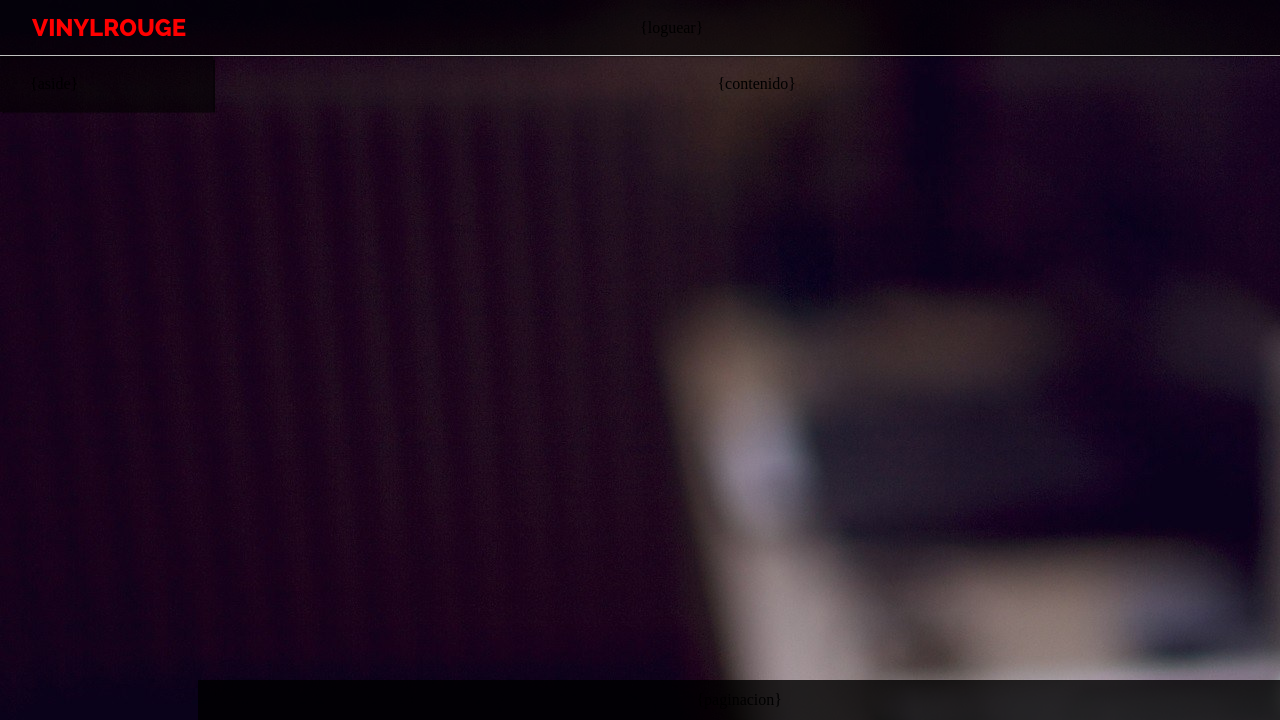
Repository: Miguelfdez79/discos
Page: workspace/template/html/index.html
The author's editor kept a record of every edit. The page is drawn from the files as they stood at one moment, then again after the next edit.
The browser window is 1280 px wide. The pictures show the whole page.
Some web libraries are served in a nearby version.

Above is the page before.

### workspace/template/html/index.html
<DOCTYPE html>
<html lang="es">
<head>
    <meta charset="UTF-8" />
    <title>VinylRouge</title>
    <link rel="stylesheet" href="/template/css/style.css"/>
    <link rel="stylesheet" href="/template/css/reset.css"/>

    <script src="//code.jquery.com/jquery-1.11.2.min.js"></script>
    <script src="/template/js/javascript.js" defer></script>
    <script src="/template/js/jquery.js" defer></script>
    <script src="/template/js/background_changer.js" defer></script>
</head>

<body>
    <div class="container">
        <div class="menu_logueo">
            <div class="left">
                 <a href="/index.php"><h1 id="nombreempresa">VINYL<span id="spanlogo">ROUGE</span></h1></a>
            </div>
             <div class="right">
                 {loguear}
             </div>
        </div>
        <div class="contenedor-datos">
            <div class="menu_aside">
                <div class="container_aside">
                    {aside}
                </div>
            </div>

            <div class="row">

                <div class="contenido">
                    {contenido}
                </div>

                <div class="menu_pie">
                    {paginacion}
                </div>
            </div>
        </div>
    </div>
</body>
<html>

### workspace/template/css/style.css
html{
    width: 100%;
    height: 100%;
}

body{
    width: 100%;
    height: 100%;
    min-width: 320px;
    background-image: url("../img/appbackground.jpg");
    background-repeat: no-repeat;
    background-position: center center;
    background-size: cover;
}

.container{
    width: 100%;
    height: auto;
    min-width: 320px;

    display: flex;
    flex-direction: column;
    justify-content: flex-start;
}

.contenedor-datos{
    width: 100%;
    height: auto;
    min-width: 320px;
    display: flex;
    flex-direction: row;
    justify-content: flex-start;
}


a{
    text-decoration: none;
    color: black;
}

li{
    text-decoration: none;
}


.menu_aside{
    display: flex;
    background-color:rgba(0, 0, 0, 0.6);
    box-shadow: 1.5px 1px 1px 0px rgba(0,0,0,0.75);
    flex: 0 1 20%;
    flex-direction: column;
}

logoname{

}

.row{
    width: 100%;
    display: flex;
    flex-direction: column;
}

.contenido{
    display: flex;
    margin-top: 20px;
    margin-left: 20px;
    height: auto;
    justify-content: space-around;
    align-items: flex-start;
    flex-wrap: wrap;
    height:100%;
}

.container_form{
    text-align: center;
    width: 45%;
    padding: 15px;
    background-color: rgba(0, 0, 0, 0.6);
    border: 1px solid rgba(255, 255, 255, 0.4);
    border-radius: 3px;
}

.menu_pie{
    display: flex;
    height: 10%;
    justify-content: center;
    align-items: center;
    position:fixed;
   right:0px;
   bottom:0px;
   height:40px;
   width:84.5%;
   background-color: rgba(0, 0, 0, 0.8);
}



.container_aside{
    margin: 20px 30px 20px 30px;
}

.aside_usuario{
    margin: 10px 0px 20px;
}

.aside_usuario li{
    padding: 10px 0px;
}

.aside_usuario a{
    font-family: 'Satellite';
    color: white;
    font-size: 1.4em;
}

.aside_disco{
    margin: 20px 0px;
}

.aside_disco_links li{
    padding: 10px 0px;
}

.aside_disco_links a{
    font-family: 'Satellite';
    color: white;
    font-size: 1.2em;
    -webkit-transition: all 0.4s ease;
     transition: all 0.4s ease;
}

.aside_disco_links a:hover{
    color: red;
    -webkit-transition: all 0.4s ease;
     transition: all 0.4s ease;
}

.menu_logueo{
    height: 55px;
    align-items:center;
    justify-content: flex-end;
    display: flex;
    background-color: rgba(0, 0, 0, 0.6);
    box-shadow: 1.5px 1px 1px 0px rgba(0,0,0,0.75);
    flex-direction: row;
    border-bottom: 1px solid silver;
}

.aside_logo{
    margin: 0px 0px 20px 0px;
}

.aside_cerrarsesion a{
    font-family: 'Satellite';
    color: white;
    font-size: 1.4em;
}


.left{
    justify-content:center;
    width: 50%;
    align-items: flex-start;
}

.right{
    justify-content:center;
    width: 50%;
     align-items: flex-end;
}

.left a{
   font-family: Raleway5;
    color: red;
    font-size: 1.5em;
}


.right ul{
    float: right;
    margin-right: 5%;
}

.right a{
   font-family: Raleway2;
    color: #fff;
    font-size: 1.2em;
    -webkit-transition: all 0.4s ease;
     transition: all 0.4s ease;
}

.right a:hover{
    font-family: Raleway;
    color: red;
    font-size: 1.2em;
    -webkit-transition: all 0.8s ease;
    transition: all 0.8s ease;
}

#nombreempresa{
    margin-left: 5%;
}

hr{
    color: silver !important;
    background-color: silver !important;
    height: 1px !important;
}

.aside_disco_buscador{
    margin: 20px 0px;
}

.buscar{
    padding: 5px;
    width: 100%;
    height: 28px;
    border-radius: 2px;
    background-color: transparent;
    color: red;
    border: 1px solid silver;
}

.buscar_submit{
    width: 100%;
    height: 28px;
    font-family: 'Satellite', sans-seri;
    font-size: 1.1em;
    margin: 8px 0px;
    border: none;
    color: red;
    border:1px solid #151617;

    text-shadow: -1px -1px 0 rgba(0,0,0,0.3);
    background-color: #45484d; background-image: -webkit-gradient(linear, left top, left bottom, from(#45484d), to(#000000));
    background-image: -webkit-linear-gradient(top, #45484d, #000000);
    background-image: -moz-linear-gradient(top, #45484d, #000000);
    background-image: -ms-linear-gradient(top, #45484d, #000000);
    background-image: -o-linear-gradient(top, #45484d, #000000);
    background-image: linear-gradient(to bottom, #45484d, #000000);filter:progid:DXImageTransform.Microsoft.gradient(GradientType=0,startColorstr=#45484d, endColorstr=#000000);
    margin-bottom: 10px;
}

.buscar_submit:hover{
     border:1px solid #682720; -webkit-border-radius: 3px; -moz-border-radius: 3px;
     background-color: #2d2f32; background-image: -webkit-gradient(linear, left top, left bottom, from(#2d2f32), to(#1a1a1a));
     background-image: -webkit-linear-gradient(top, #2d2f32, #1a1a1a);
     background-image: -moz-linear-gradient(top, #2d2f32, #1a1a1a);
     background-image: -ms-linear-gradient(top, #2d2f32, #1a1a1a);
     background-image: -o-linear-gradient(top, #2d2f32, #1a1a1a);
     background-image: linear-gradient(to bottom, #2d2f32, #1a1a1a);filter:progid:DXImageTransform.Microsoft.gradient(GradientType=0,startColorstr=#2d2f32, endColorstr=#1a1a1a);
     margin-bottom: 10px;
}

.log_input{
    width: 90%;
    height: 40px;
    margin: 4px 10px;
    padding: 8px;
    border: none;
    border: 2px solid #000000;
    border-radius: 2px;
    background-color: rgba(255,255,255,0.3);
    color: white;
    font-family: Raleway3;
    font-size: 1.3em;
}

input::-webkit-input-placeholder {
    font-family: Raleway;
    font-size: 1.2em;
    padding-left: 8px;
    color: white;
}

input:-webkit-autofill,
input:-webkit-autofill:hover,
input:-webkit-autofill:focus,
input:-webkit-autofill:active {
    transition: background-color 5000s ease-in-out 0s;
}



.log_submit{
    width: 90%;
    height: 45px;
    font-family: 'Satellite', sans-seri;
    font-size: 1.1em;
    margin: 8px 0px;
    border: none;
    color: red;
    border:1px solid #151617;
    text-shadow: -1px -1px 0 rgba(0,0,0,0.3);
    background-color: #45484d; background-image: -webkit-gradient(linear, left top, left bottom, from(#45484d), to(#000000));
    background-image: -webkit-linear-gradient(top, #45484d, #000000);
    background-image: -moz-linear-gradient(top, #45484d, #000000);
    background-image: -ms-linear-gradient(top, #45484d, #000000);
    background-image: -o-linear-gradient(top, #45484d, #000000);
    background-image: linear-gradient(to bottom, #45484d, #000000);filter:progid:DXImageTransform.Microsoft.gradient(GradientType=0,startColorstr=#45484d, endColorstr=#000000);
    cursor: pointer;
}

.log_submit:hover{
    border:1px solid #682720; -webkit-border-radius: 3px; -moz-border-radius: 3px;
     background-color: #2d2f32; background-image: -webkit-gradient(linear, left top, left bottom, from(#2d2f32), to(#1a1a1a));
     background-image: -webkit-linear-gradient(top, #2d2f32, #1a1a1a);
     background-image: -moz-linear-gradient(top, #2d2f32, #1a1a1a);
     background-image: -ms-linear-gradient(top, #2d2f32, #1a1a1a);
     background-image: -o-linear-gradient(top, #2d2f32, #1a1a1a);
     background-image: linear-gradient(to bottom, #2d2f32, #1a1a1a);filter:progid:DXImageTransform.Microsoft.gradient(GradientType=0,startColorstr=#2d2f32, endColorstr=#1a1a1a);
    cursor: pointer;
}


.add_submit{
    width: 90%;
    height: 45px;
    font-family: 'Satellite', sans-seri;
    font-size: 1.1em;
    margin: 8px 0px;
    border: none;
    color: red;
    border:1px solid #151617;
    text-shadow: -1px -1px 0 rgba(0,0,0,0.3);
    background-color: #45484d; background-image: -webkit-gradient(linear, left top, left bottom, from(#45484d), to(#000000));
    background-image: -webkit-linear-gradient(top, #45484d, #000000);
    background-image: -moz-linear-gradient(top, #45484d, #000000);
    background-image: -ms-linear-gradient(top, #45484d, #000000);
    background-image: -o-linear-gradient(top, #45484d, #000000);
    background-image: linear-gradient(to bottom, #45484d, #000000);filter:progid:DXImageTransform.Microsoft.gradient(GradientType=0,startColorstr=#45484d, endColorstr=#000000);
    cursor: pointer;
}

.add_submit:hover{
    border:1px solid #682720; -webkit-border-radius: 3px; -moz-border-radius: 3px;
     background-color: #2d2f32; background-image: -webkit-gradient(linear, left top, left bottom, from(#2d2f32), to(#1a1a1a));
     background-image: -webkit-linear-gradient(top, #2d2f32, #1a1a1a);
     background-image: -moz-linear-gradient(top, #2d2f32, #1a1a1a);
     background-image: -ms-linear-gradient(top, #2d2f32, #1a1a1a);
     background-image: -o-linear-gradient(top, #2d2f32, #1a1a1a);
     background-image: linear-gradient(to bottom, #2d2f32, #1a1a1a);filter:progid:DXImageTransform.Microsoft.gradient(GradientType=0,startColorstr=#2d2f32, endColorstr=#1a1a1a);
    cursor: pointer;
}

h1.titulo_form{
    font-family: Satellite;
    text-shadow: 2px 2px 0 rgba(0,0,0,0.6);
    font-size: 3em;
    text-align: center;
    margin-top: 20px;
    margin-bottom: 30px;
    color: #f1f1f1;
}

/******** FIN FORMULARIO LOGIN ********/

.tablaUsuarios{
    border-collapse: collapse;
    width: 70%;
    background-color: rgba(0, 0, 0, 0.5);
}

.tablaUsuarios table{
    border: 1px solid #A4A4A4;
}

th, td{
    border: 1px solid #A4A4A4;
    padding: 4px 20px;
    text-align: center;
    color: #FAFAFA;
}

th{
    font-weight: bold !important;
    background-color: rgba(255, 255, 255, 0.5);
    font-family:  Raleway3 !important;
}

th p{
    font-family:  Raleway3 !important;
    font-size: 1.5em;
    color: #FAFAFA;
}

td p{
    font-family: 'Satellite';
    font-size: 1.4em;
    color: #FAFAFA;
}

td a{
    font-family: 'Satellite';
    font-size: 1.4em;
    color: #FAFAFA;
    font-style: oblique !important;
}

.elimUsuario{
    font-family: Raleway2;
    font-size: 1.3em;
    color: red;
    text-decoration: none;
    -webkit-transition: all 0.4s ease;
     transition: all 0.4s ease;
}

.elimUsuario:hover{
    font-family: Raleway2;
    font-size: 1.3em;
    color: red;
    text-decoration: underline;
    -webkit-transition: all 0.4s ease;
     transition: all 0.4s ease;
}

.separadormenu{
    background-color: 	#333333 !important;
    color: 	#333333 !important;
    margin-top: 8px;
    margin-bottom: 8px;
}

.estructura-disco{
    width: 130px;
    margin: 20px 10px;
    background-color: rgba(0, 0, 0, 0.5);
    box-shadow: 2px 2px 2px 0px rgba(0,0,0,0.75);
    padding: 15px;
    display: flex;
    justify-content: center;
    align-items: center;
    flex-direction: column;
    -webkit-transition: all 0.4s ease;
    transition: all 0.4s ease;

}

.estructura-disco:hover{
   transform: scale(1.6);
    background-color: rgba(0, 0, 0, 0.8);
   -webkit-transition: all 0.4s ease;
      transition: all 0.4s ease;

}

.cont-img{
    width: 135px;
}

.cont-img img{
    width: 100%;
    object-fit: contain;
    margin: 0 auto;
}

.cont-img img{
    width: 100%;
    overflow: hidden;
    object-fit: contain;
    box-shadow: 3px 3px 3px 0px rgba(0,0,0,0.75);
}

.cont-disco{
    margin: 10px 0px 0px 0px;
}

.cont-disco h1{
    font-family: Raleway2;
    font-size: 1.2em;
    color: red;
    text-align: center;
}

.cont-disco h3{
    font-family: 'Satellite';
    font-size: 1.2em;
    color: white;
    font-style: oblique;
    text-align: center;
    font-weight: normal;
    margin: 5px 5px 5px 0px ;
}

.menu-disco{
    width: 100%;
    bottom: 0;
}

.menu-disco ul{
    display: flex;
    flex-direction: row;
    justify-content: space-around;
}

.menu-disco ul li a{
    font-family: Raleway2;
    font-size: 0.8em;
    color: #A4A4A4;
}


.content-disco{
    width: 70%;
    height: 50%;
    display: flex;
    justify-content: space-between;
}

.content-album{
    width: 50%;

}
.content-album img{
    box-shadow: 3px 3px 3px 0px rgba(0,0,0,0.75);
}
.content-album img{
    height: 100%;
    object-fit: contain;
}

.content-album img{
    object-fit: contain;
}

.content-descripcion{
    width: 50%;
    display: flex;
    flex-direction: column;
    align-items: center;
    justify-content: center;
    font-family: Raleway2;
}

.content-descripcion h1{
    font-size: 5em;
    padding: 20px 0px;
    font-weight: bold;
    text-align: center;
    color: white;
}

.content-descripcion h3{
    font-size: 2.5em;
    padding: 20px 0px;
    font-weight: normal;
    text-align: center;
    color: #E6E6E6;
}

/********** FORMULARIO ADD/EDIT DISCOS ******/

.container_add, .container_edit{
    text-align: center;
    width: 45%;
    padding: 15px;
    background-color: rgba(0, 0, 0, 0.6);
    border: 1px solid rgba(255, 255, 255, 0.4);
    border-radius: 3px;
}

.cont-campos{
    margin: 20px 0px;
    display: flex;
    flex-direction: column;
    align-items: center;
}

.add_input{
    width: 90%;
    height: 40px;
    margin: 4px 10px;
    padding: 8px;
    border: none;
    border: 2px solid #000000;
    border-radius: 2px;
    background-color: rgba(255,255,255,0.3);
    color: white;
    font-family: Raleway3;
    font-size: 1.3em;
}

.cont-subir{
    margin: 0px;
    display: flex;
    flex-direction: column;
    align-items: center;
}

.container_caratula{
}

.file_input{
    text-align: center;
    width: 90%;
    height: 40px;
    margin: 4px 10px;
    padding: 8px;
    border: none;
    border-radius: 4px;
    background-color:silver;
    color: black;
    font-family: Raleway3;
    font-size: 1.3em;
    cursor: pointer;
}


/********************** PAGINACIÓN **************/

.pagin{
    width: 400px;
    display: flex;
    flex-direction: row;
    justify-content: space-between;
}


.navpag{
    font-size:25px;
    color: #fff;
    font-family: Raleway5;
     -webkit-transition: all 0.8s ease;
      transition: all 0.8s ease;
}

.navpag:hover{
    font-size:25px;
    color: red;
    font-family: Raleway5;
     -webkit-transition: all 0.8s ease;
      transition: all 0.8s ease;
}


.checkbus{
    font-size:16px;
    color: #fff;
    font-family: Satellite;
    margin: 10px
}

#radio01{
  font-size:15px;
    color: #fff;
    font-family: Raleway5;
}

#radio02{
    font-size:15px;
    color: #fff;
    font-family: Raleway5;
}

/* ------------------SECCION DE FONTFACE-----------------*/

@font-face {
    font-family: 'Raleway';
    src: url('../fuentes/Raleway-Medium.woff') format('woff');
    font-weight: normal;
    font-style: normal;
}

@font-face {
    font-family: 'Raleway2';
    src: url('../fuentes/Raleway-Light.woff') format('woff');
    font-weight: normal;
    font-style: normal;
}

@font-face {
    font-family: 'Raleway3';
    src: url('../fuentes/Raleway-SemiBold.woff') format('woff');
    font-weight: normal;
    font-style: normal;
}

@font-face {
    font-family: 'Raleway4';
    src: url('../fuentes/Raleway-ExtraLight.woff2') format('woff2');
    font-weight: normal;
    font-style: normal;
}

@font-face {
    font-family: 'Raleway5';
    src: url('../fuentes/Raleway-ExtraBold.woff') format('woff');
    font-weight: normal;
    font-style: normal;
}

@font-face {
    font-family: 'Magna';
    src: url('../fuentes/Magna-BlackCondensed.woff') format('woff');
    font-weight: normal;
    font-style: normal;
}

@font-face {
    font-family: 'Satellite';
    src: url('../fuentes/Satellite.woff') format('woff');
    font-weight: normal;
    font-style: normal;
}

@font-face {
    font-family: 'Voltaire';
    src: url('../fuentes/Voltaire.woff') format('woff');
    font-weight: normal;
    font-style: normal;
}

@font-face {
    font-family: 'latoregular';
    src: url('../fuentes/LatoLatin-Medium.woff') format('woff');
    font-weight: normal;
    font-style: normal;
}

@font-face {
    font-family: 'latolight';
    src: url('../fuentes/LatoLatin-Thin.woff') format('woff');
    font-weight: normal;
    font-style: normal;
}

@font-face {
    font-family: 'kilo';
    src: url('../fuentes/KiloGram.woff') format('woff');
    font-weight: normal;
    font-style: normal;
}

@font-face {
    font-family: 'Futura-Medium';
    src: url('../fuentes/FuturaPTMedium.otf') format('truetype');
    font-weight: bold;
    font-style: normal;
}

@font-face {
    font-family: 'Futura-Book';
    src: url('../fuentes/FuturaPTBook.otf') format('truetype');
    font-weight: normal;
    font-style: normal;
}

@font-face {
    font-family: 'Futura-Light';
    src: url('../fuentes/FuturaPTLight.otf') format('truetype');
    font-weight: normal;
    font-style: normal;
}

### workspace/template/css/reset.css
html, body, div, span, applet, object, iframe,
h1, h2, h3, h4, h5, h6, p, blockquote, pre, a, abbr, acronym, address, big,
cite, code, del, dfn, em, font, img, ins, kbd, q, s, samp, small, strike,
strong, sub, sup, tt, var, dl, dt, dd, ol, ul, li,
fieldset, form, label, legend, table, caption, tbody, tfoot, thead, tr, th, td,
center, u, b, i{vertical-align: baseline border: 0; outline: 0;
                font-weight: normal; font-style: normal; font-size: 100%; font-family: inherit;}
*               {margin: 0; padding: 0}
body            {line-height: 1; height:100%}
:focus          {outline: 0}
ol, ul          {list-style: none}
table           {border-collapse: collapse; border-spacing: 0;}
blockquote, q   {quotes: "" ""}
hr              {border: 0; color: #000; background-color: #000; height:1px}
blockquote:before, blockquote:after, q:before, q:after {content: ""}

### workspace/template/js/javascript.js
function ChangeText(oFileInput, sTargetID) {

    document.getElementById(sTargetID).value = oFileInput.value;
}

### workspace/template/js/jquery.js
/* global $ */

$(document).ready(function(){

    $(".elimDisco").click(function(){
        if(!confirm("¿Realmente quieres borrar el disco?")){
            event.preventDefault();
        } else {
        }
    });

    $(".elimUsuario").click(function(){
        if(!confirm("¿Realmente quieres borrar al usuario?")){
            event.preventDefault();
        } else {
        }
    });

});

### workspace/template/js/background_changer.js
$(function () {
    var body = $('body');
    var backgrounds = [
      'url(/template/img/appbackground.jpg)',
      'url(/template/img/appbackground.jpg)'];
    var current = 0;

    function nextBackground() {
        body.css(
            'background',
        backgrounds[current = ++current % backgrounds.length]);

        setTimeout(nextBackground, 5000);
    }
    setTimeout(nextBackground, 5000);
    body.css('background', backgrounds[0]);
});

After the next edit:
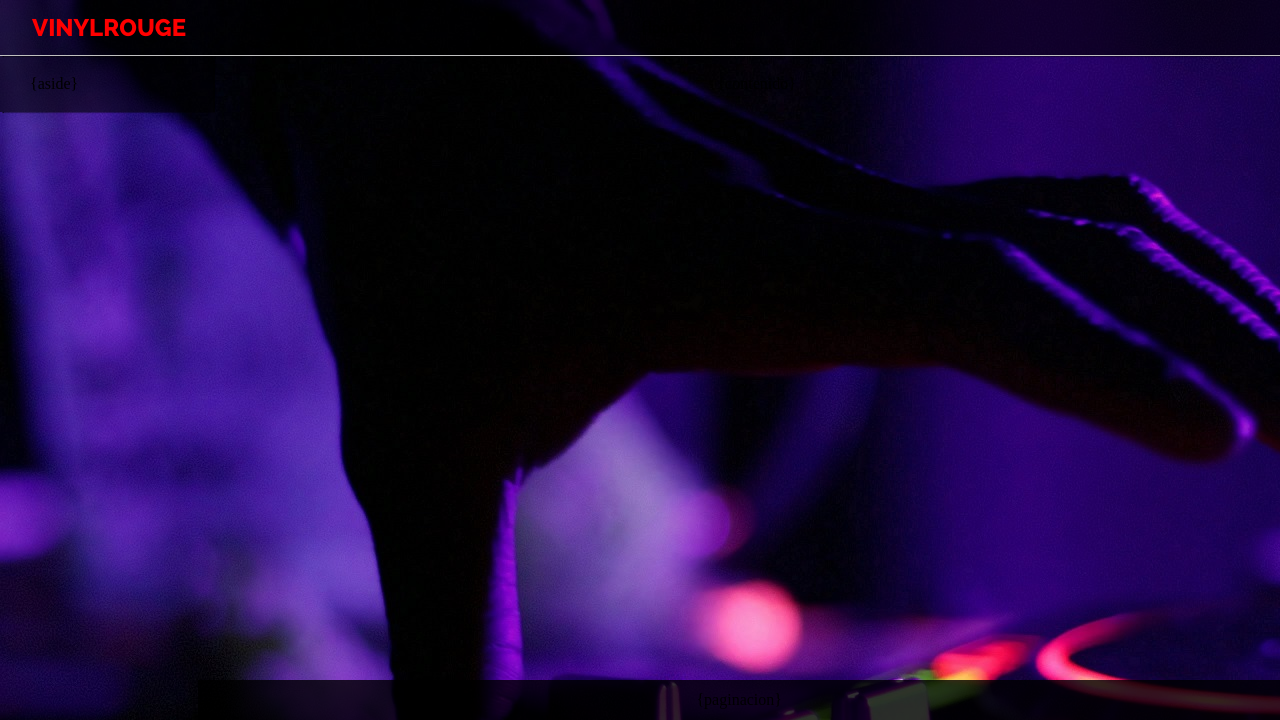
The edit:
--- a/workspace/template/js/background_changer.js
+++ b/workspace/template/js/background_changer.js
@@ -2,7 +2,7 @@
     var body = $('body');
     var backgrounds = [
       'url(/template/img/appbackground.jpg)',
-      'url(/template/img/appbackground.jpg)'];
+      'url(/template/img/appbackground2.jpg)'];
     var current = 0;
 
     function nextBackground() {

After the 2 edits that followed:
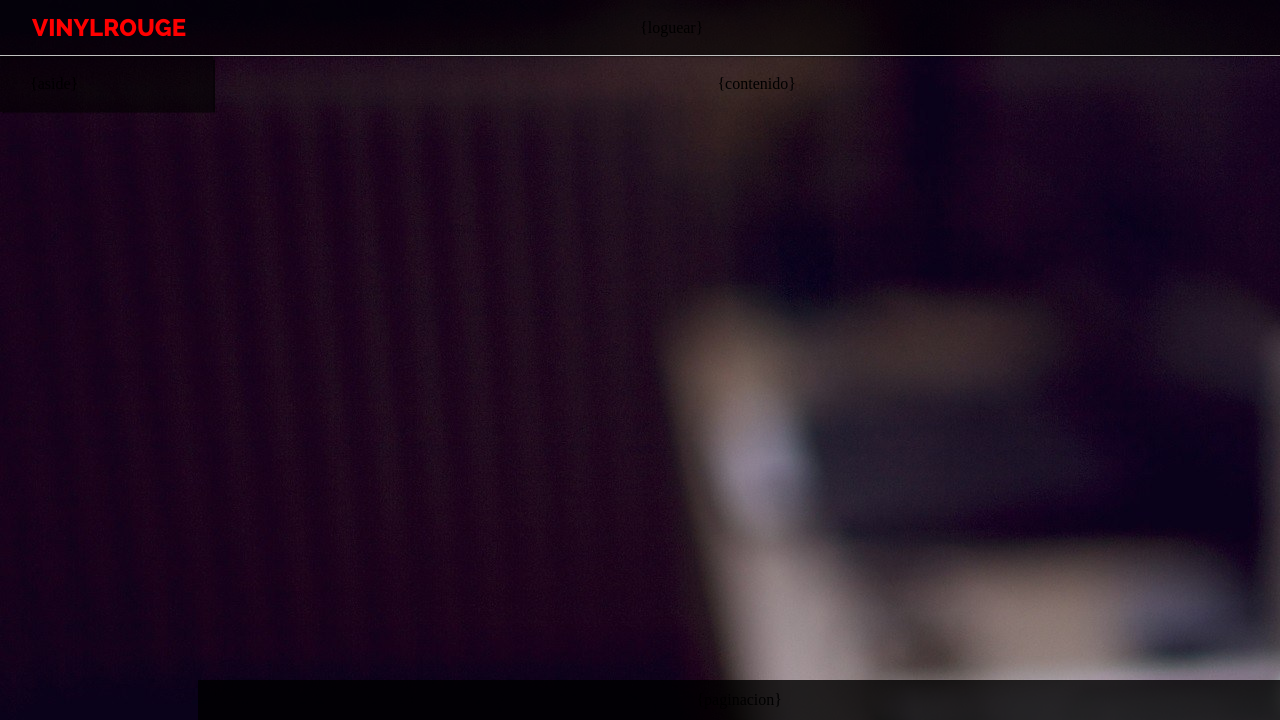
The 2 edits are shown as one change because 1 left the picture as it was.
The edit:
--- a/workspace/template/js/background_changer.js
+++ b/workspace/template/js/background_changer.js
@@ -10,8 +10,8 @@
             'background',
         backgrounds[current = ++current % backgrounds.length]);
 
-        setTimeout(nextBackground, 5000);
+        setTimeout(nextBackground, 8000);
     }
-    setTimeout(nextBackground, 5000);
+    setTimeout(nextBackground, 8000);
     body.css('background', backgrounds[0]);
 });
